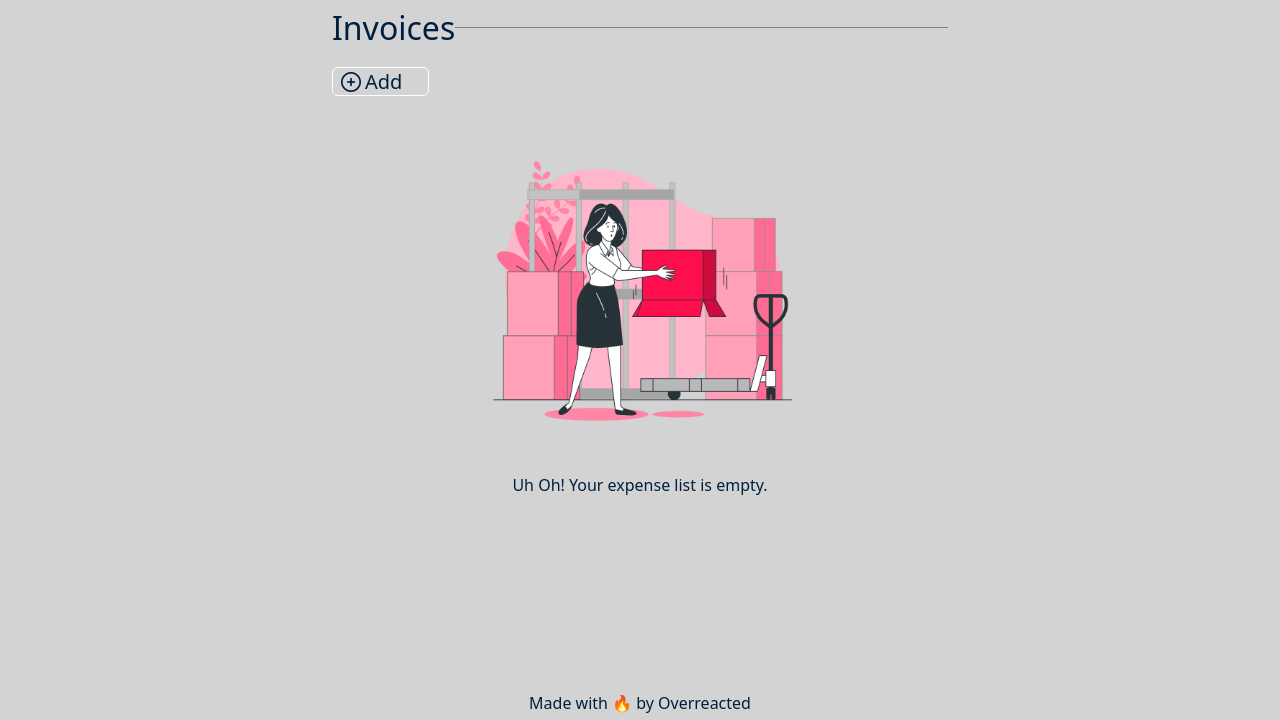
Repository: om1ars/task3
Page: /
An editor plug-in stored every save of this project. The page is shown before and after the next save, followed by the edit.
The browser window is 1280 px wide. The pictures show the whole page.
Some web libraries are served in a nearby version. The project was rebuilt for these pictures with package versions that can differ from the ones it lists, and the page was loaded fresh each time. Also part of the build but not shown: src/constants/add-expense.js, src/components/add-form/add-form.css, src/components/add-form/success-modal.css, src/components/add-form/success-modal.js, src/components/add-form/index.js, src/pages/add-expense/add-expense.css, src/pages/add-expense/index.js, src/components/expense-list/card.css and 1 more.

Above is the page before, as saved 2021-12-18 14:43:42.

After the next save:
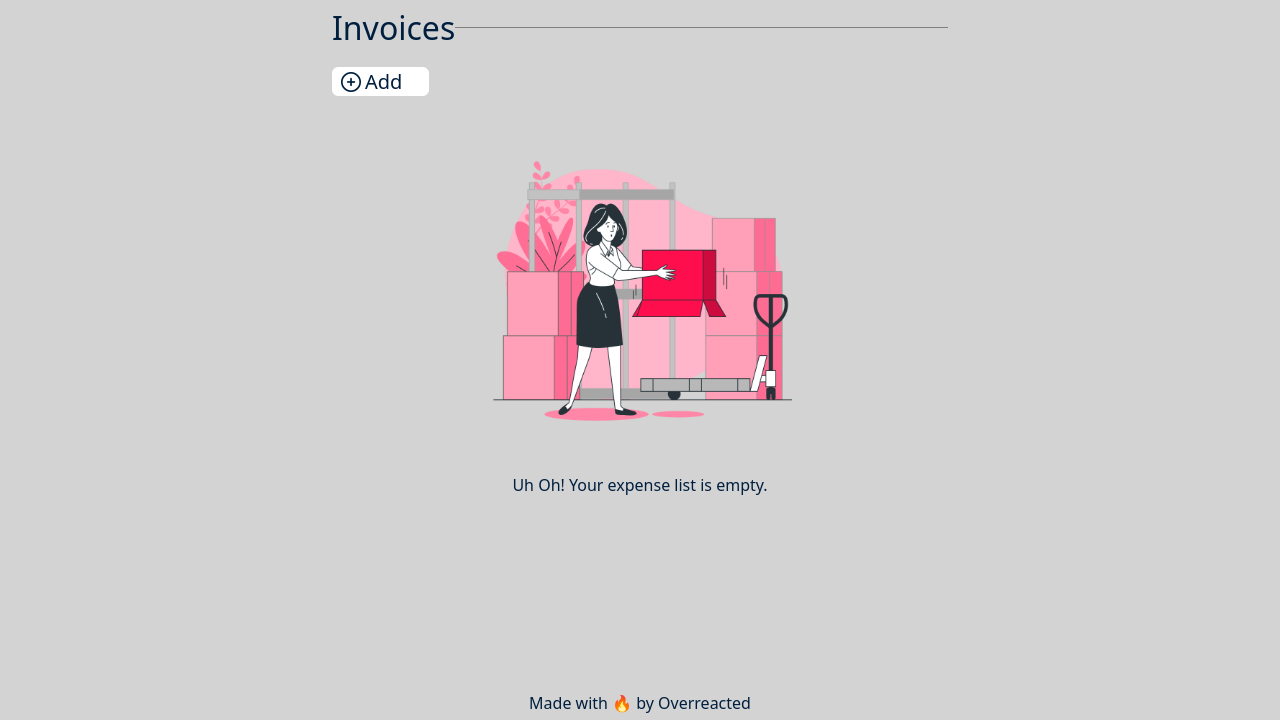
Saved 4 s later.
--- a/src/components/top-fold/index.js
+++ b/src/components/top-fold/index.js
@@ -23,7 +23,7 @@ const TopFold = () => {
             />
           </div> */}
           <Link to="/add-expense">
-            <div className="add-button" style={{width: '100%', backgroundColor: ''}}>
+            <div className="add-button" style={{width: '100%', backgroundColor: 'white'}}>
               <i class="fi-rr-add"></i>
               <label>Add</label>
             </div>
